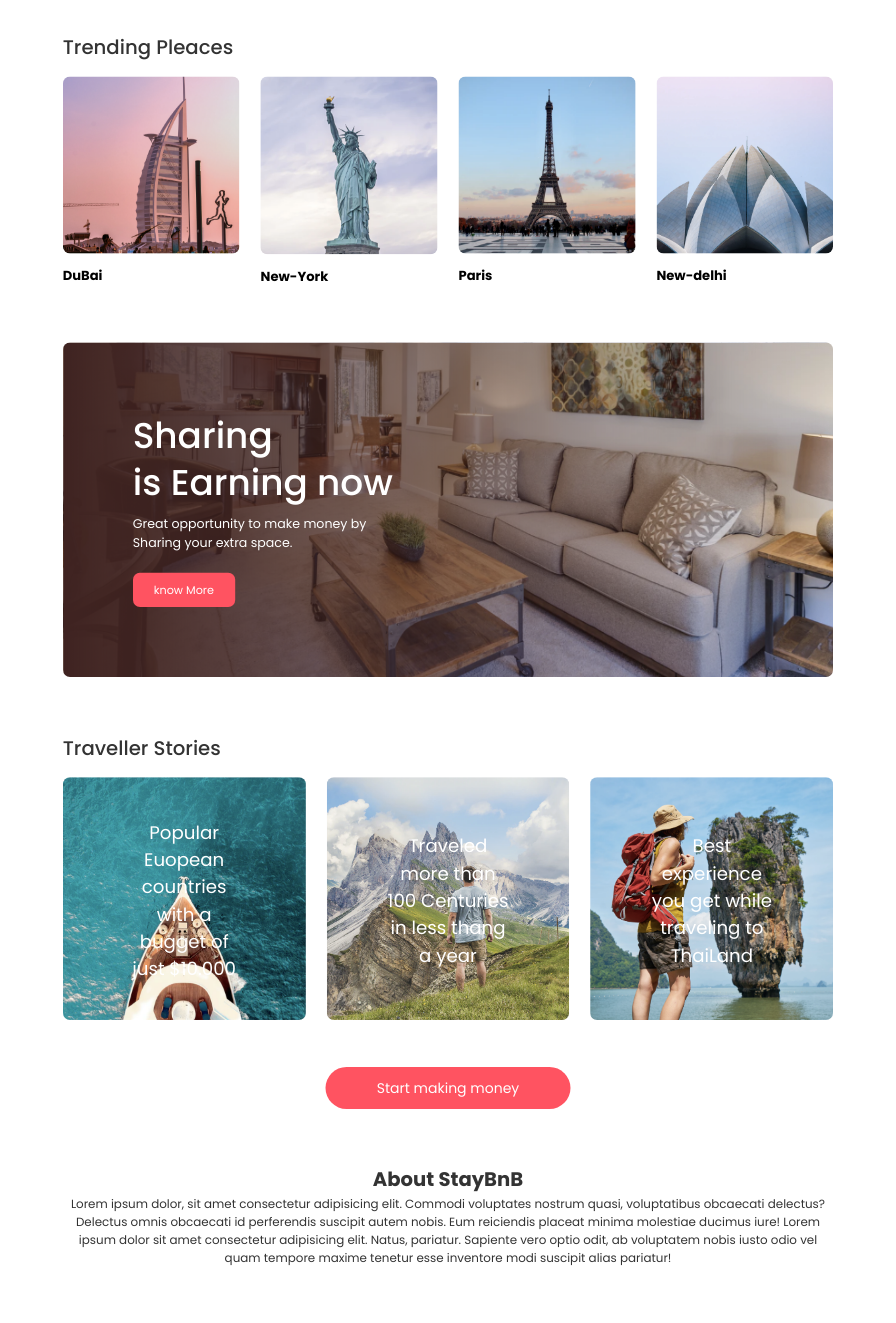
Repository: pinocoding/AirBnB
Page: house.html
The author's editor kept a copy of each file at every save. The page is drawn from the files as they stood at one save, then again after the next save.
The browser window is 1280 px wide. The pictures show the part of the page from y = 1106 to 3026 px (the page is 2996 px tall before and 3026 px after), at 70% of full size.

Above is the page before, as saved 2022-01-23 16:31:34.

After the next save:
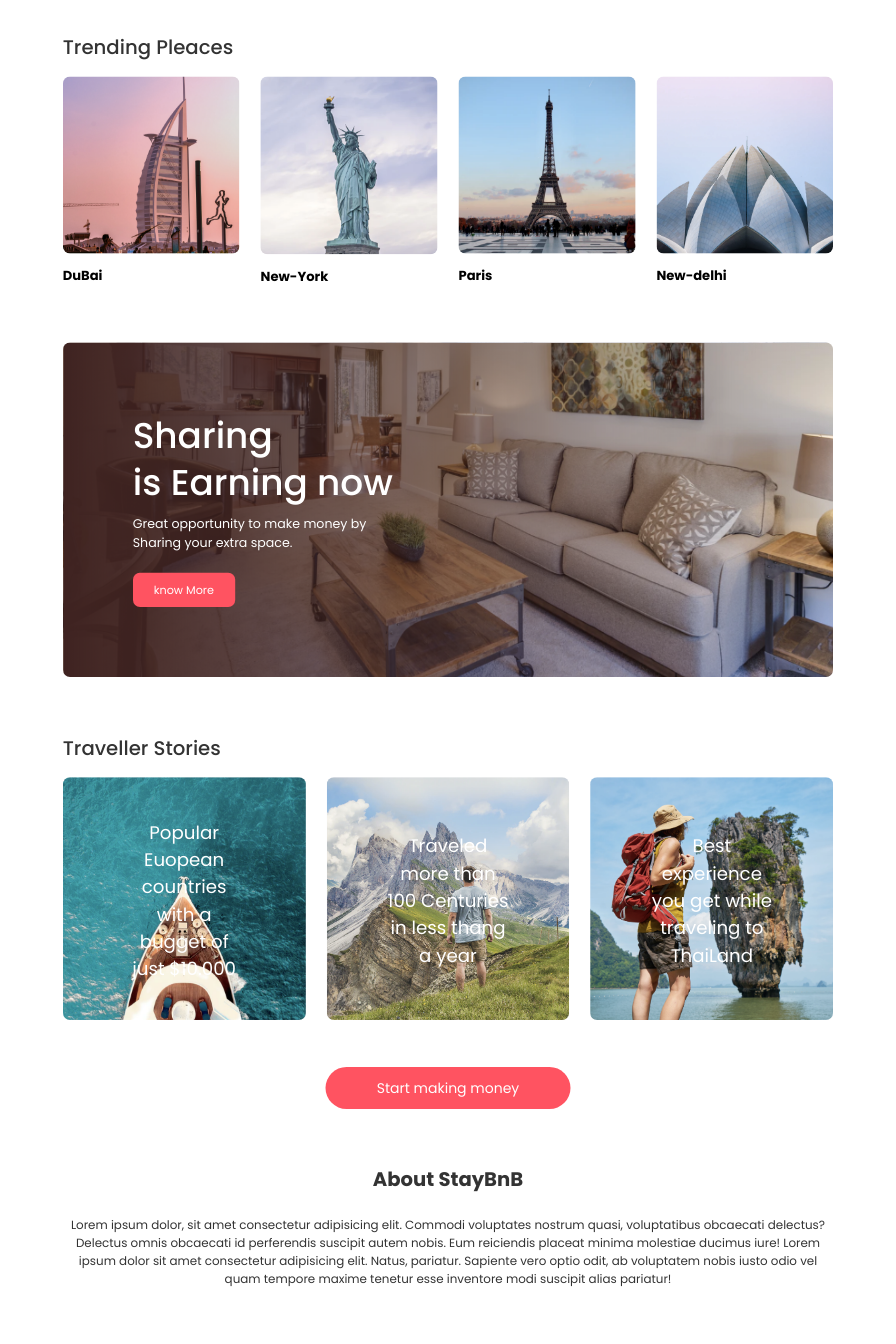
Saved 6 s later.
--- a/style.css
+++ b/style.css
@@ -226,5 +226,6 @@ padding-top: 22%
 }
 .about-msg h2 {
   font-size: 28px;
-
-}
+  margin-bottom: 30px;
+
+}
